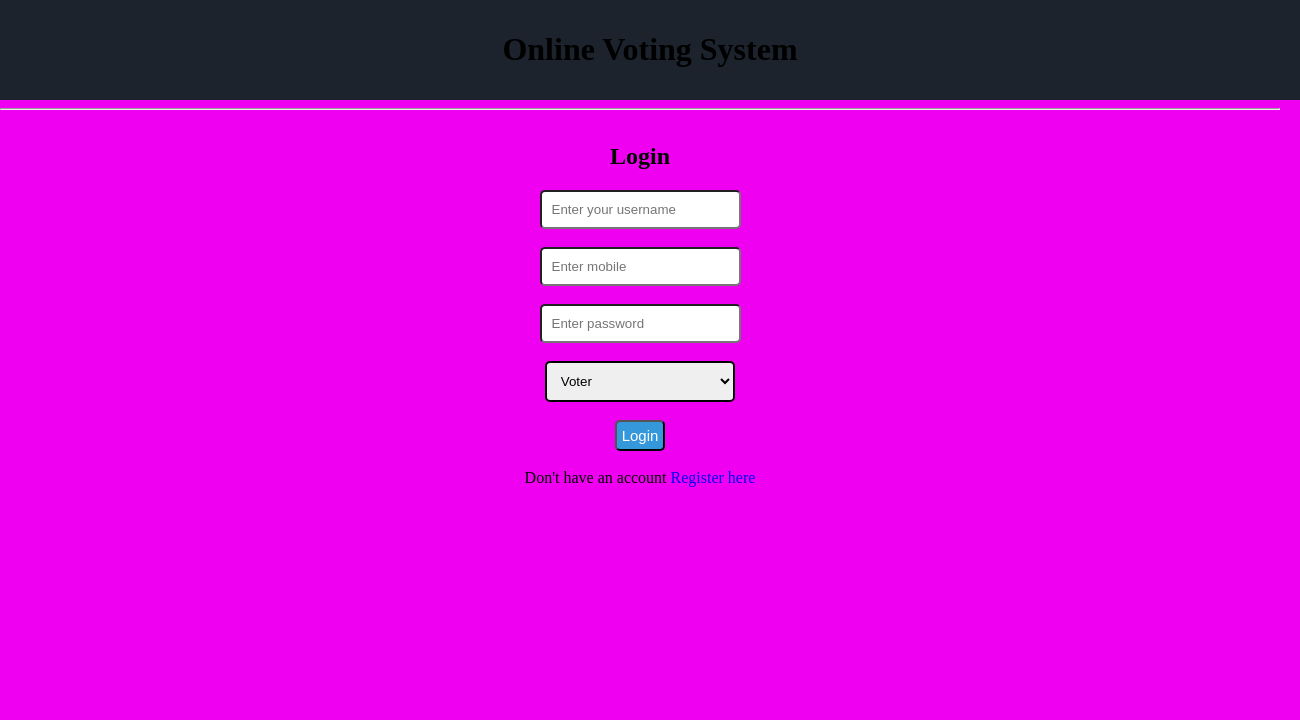
Repository: LeLoUcH-V-BrItAnIa/voting
Page: http://localhost/
These files come from the project's save history. The page is drawn as it stood at one moment and after the next save; the edit follows.
The browser window is 1280 px wide. The page is 1300 px wide, so the pictures cover 1300 px, including what lies to the right of the window. The pictures show the whole page.
The page is run by PHP 8.4 with error messages shown; the project is at /var/www/html/.

Above is the page before, as saved 2023-08-31 11:54:38.

After the next save:
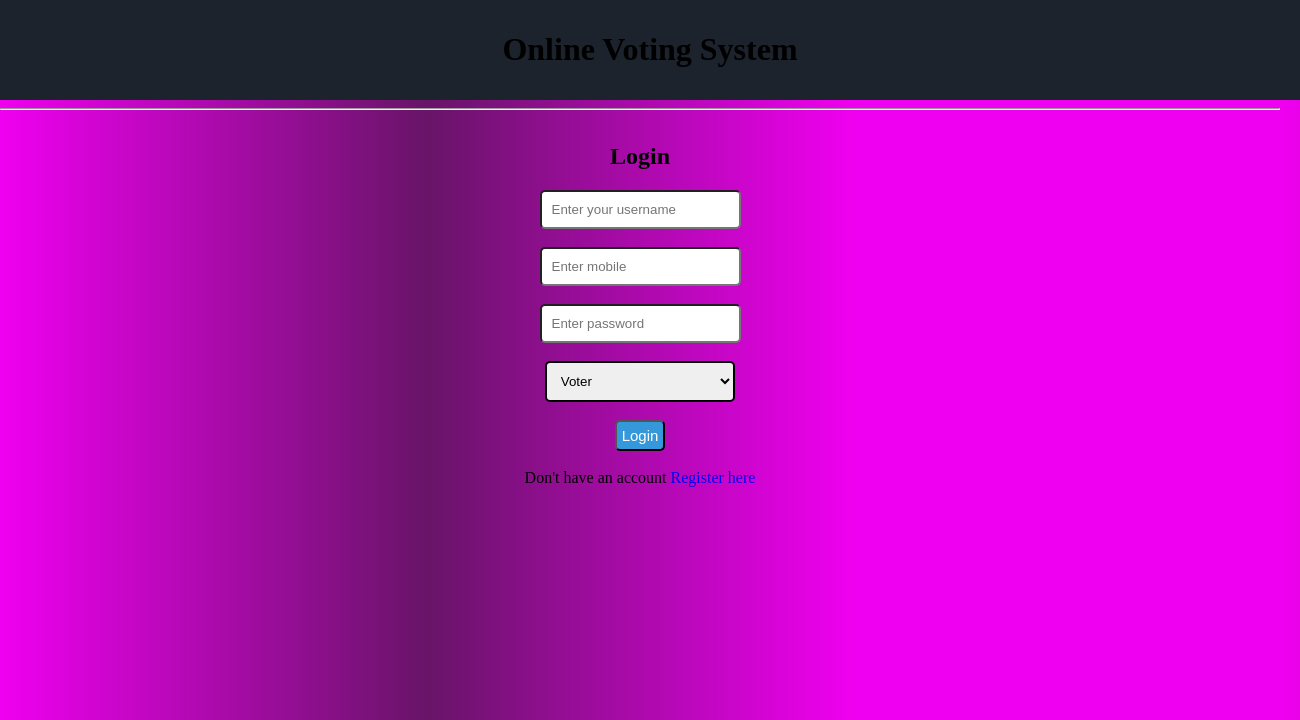
Saved 42 s later.
--- a/online-voting-system/css/stylesheet.css
+++ b/online-voting-system/css/stylesheet.css
@@ -32,7 +32,7 @@ select {
 }
 
 body {
-  background:linear-gradient(to right,#f000f0,#f000f0,#f000f0,#f000f0);
+  background:linear-gradient(to right,#f000f0,#681468,#f000f0,#f000f0);
 }
 
 #loginbtn {
